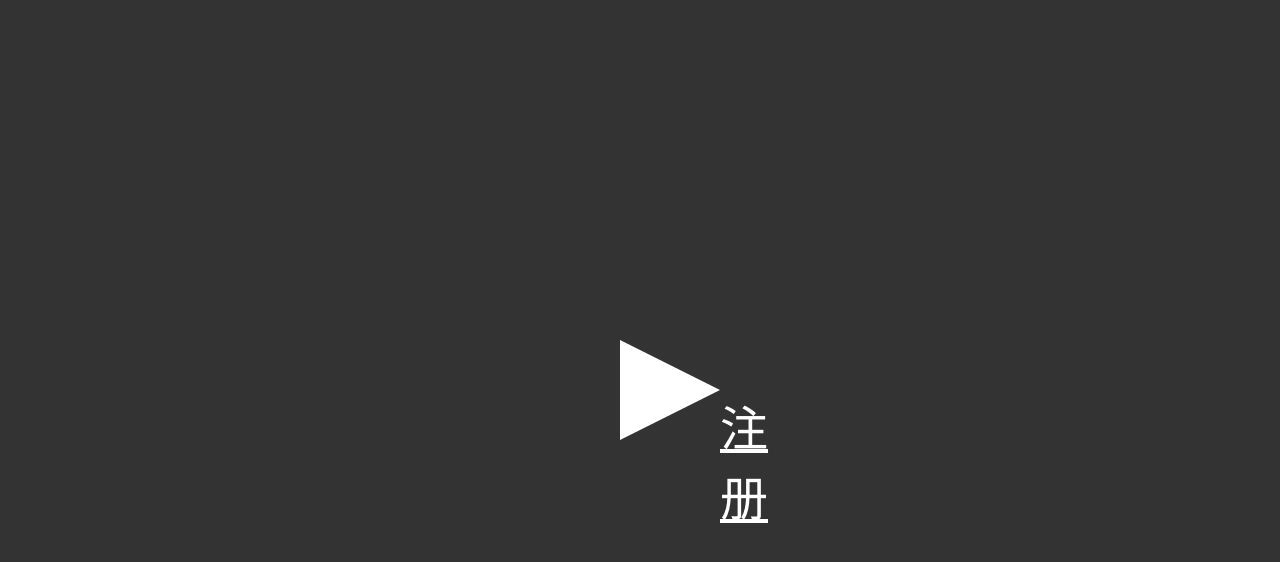
Repository: JasonYan2015/FE-learning-examples
Page: http://localhost/test20160729/
The author's editor kept a copy of each file at every save. The page is drawn from the files as they stood at one save, then again after the next save.
The browser window is 1280 px wide. The pictures show the whole page.
The page is served by Tomcat 9. Other server files are loaded and not shown.

Above is the page before, as saved 2016-07-29 06:44:03.

### eclipse/test20160729/WebContent/index.jsp
<%@ page language="java" contentType="text/html; charset=UTF-8"
    pageEncoding="UTF-8"%>
<!DOCTYPE html PUBLIC "-//W3C//DTD HTML 4.01 Transitional//EN" "http://www.w3.org/TR/html4/loose.dtd">
<html>
<head>
<meta http-equiv="Content-Type" content="text/html; charset=UTF-8">
<title>Insert title here</title>
	<style>
		body
		{
			position: absolute;
			left: 50%;
			top: 50%;
			margin-left: -20px;
			margin-top: -20px;
 			background-color:#333;
 			font-family: "微软雅黑";
 			color: white;
		}
		a
		{
			color: white;
			font-size: 48px;
		}
		#head
		{
			width: 0;
			height: 0;
			border-top: 50px solid transparent;
			border-left: 100px solid white;
			border-bottom: 50px solid transparent;
		}
	</style>
</head>
<body>
<a href="toIndex"><div id="head">注册</div></a>
</body>
</html>

After the next save:
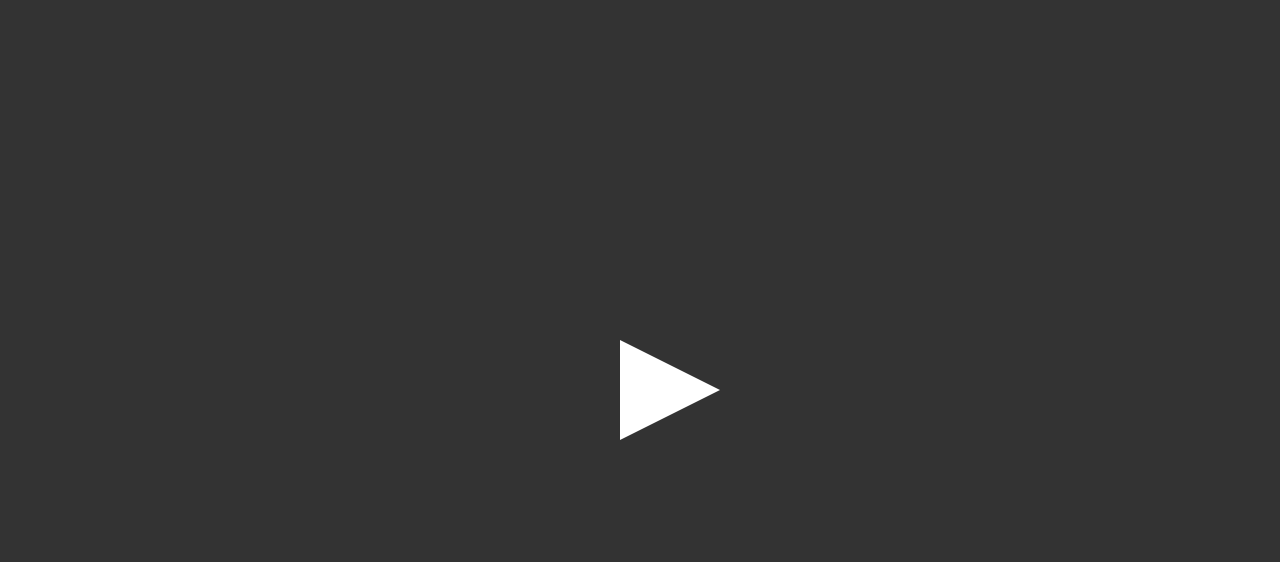
Saved 37 s later.
--- a/eclipse/test20160729/WebContent/index.jsp
+++ b/eclipse/test20160729/WebContent/index.jsp
@@ -33,6 +33,6 @@
 	</style>
 </head>
 <body>
-<a href="toIndex"><div id="head">注册</div></a>
+<a href="toIndex"><div id="head"></div></a>
 </body>
 </html>
